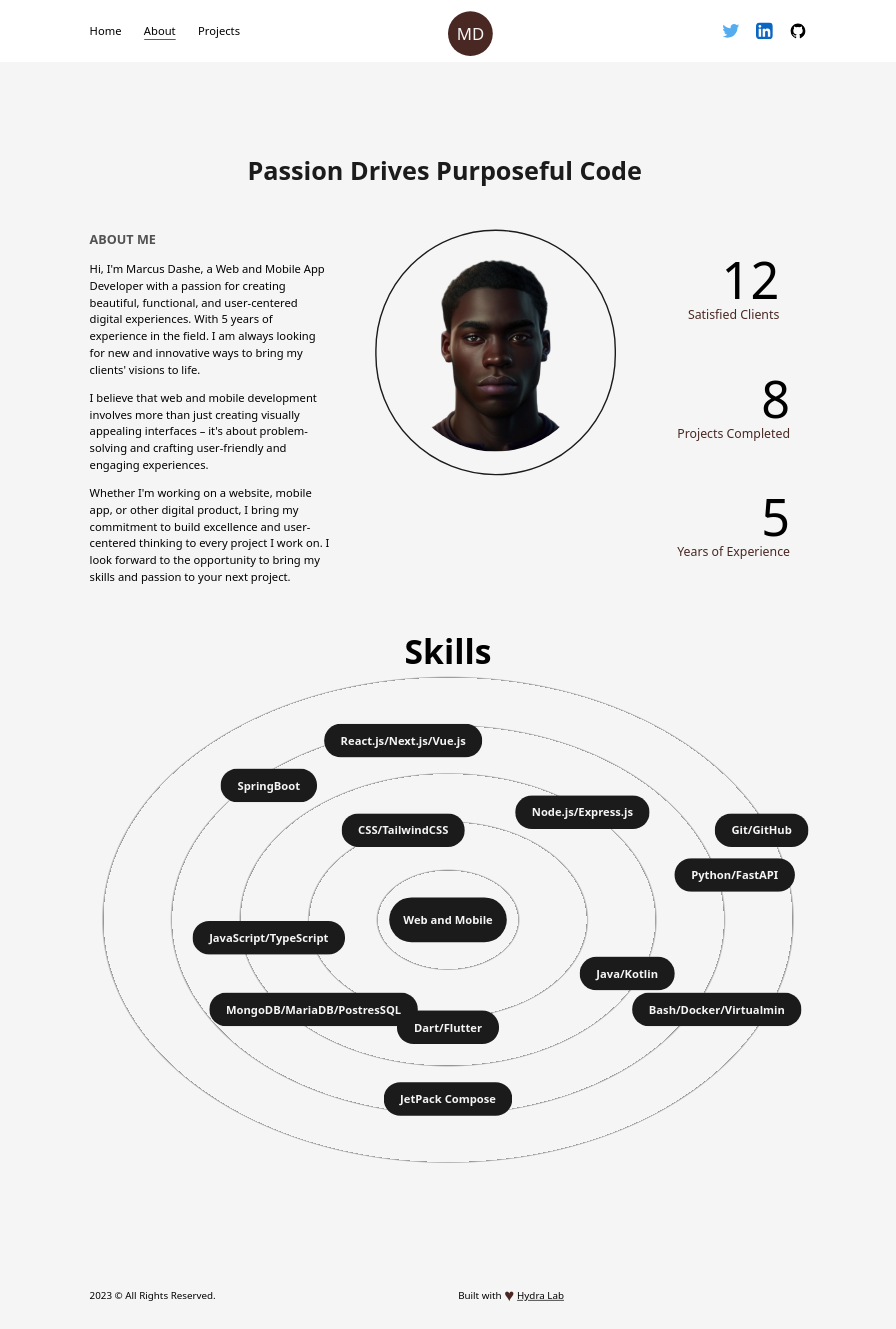
Repository: marcusdashe/situs
Page: /about
The author's editor kept a copy of each file at every save. The page is drawn from the files as they stood at one save, then again after the next save.
The browser window is 1280 px wide. The pictures show the whole page, at 70% of full size.
The project was rebuilt for these pictures with package versions that can differ from the ones it lists, and the page was loaded fresh each time. The framework's server and built-in components were replaced by stand-ins that run in the browser.

Above is the page before, as saved 2023-07-23 12:54:13.

After the next save:
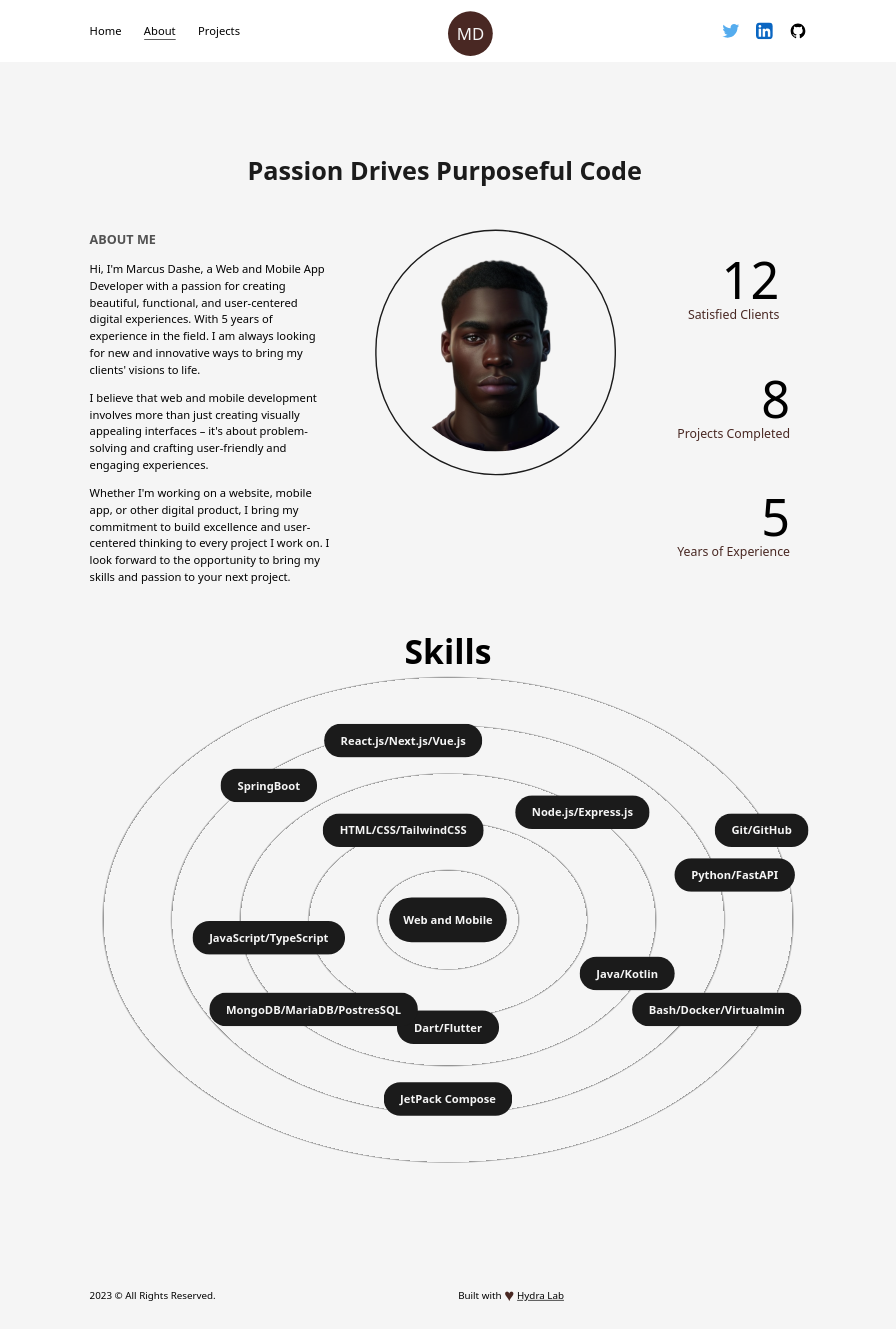
Saved 29 s later.
--- a/src/components/Skills.jsx
+++ b/src/components/Skills.jsx
@@ -29,7 +29,7 @@ const Skills = () => {
           Web and Mobile
         </motion.div>
 
-        <Skill name="CSS/TailwindCSS" x="-5vw" y="-10vw" />
+        <Skill name="HTML/CSS/TailwindCSS" x="-5vw" y="-10vw" />
         <Skill name="JavaScript/TypeScript" x="-20vw" y="2vw" />
         <Skill name="Java/Kotlin" x="20vw" y="6vw" />
         <Skill name="Dart/Flutter" x="0vw" y="12vw" />
